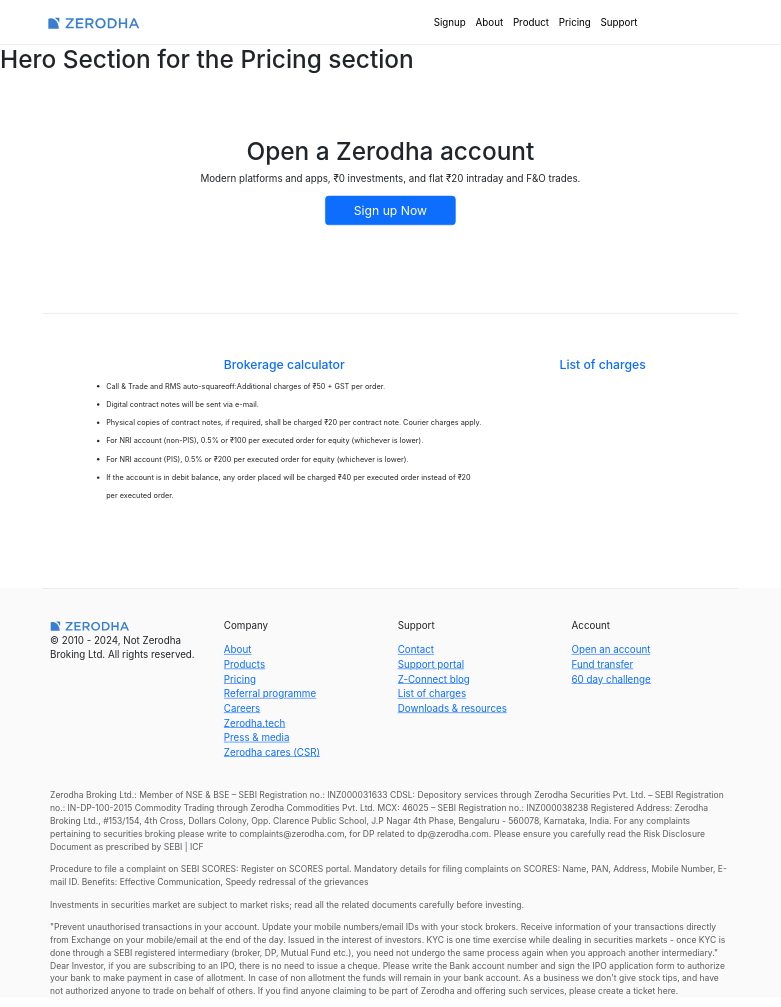
Repository: swarnabha-dutta/TradeVerse
Page: /pricing (app in frontend/)
An editor plug-in stored every save of this project. The page is shown before and after the next save, followed by the edit.
The browser window is 1280 px wide. The pictures show the whole page, at 61% of full size.
Some web libraries are served in a nearby version. The project was rebuilt for these pictures with package versions that can differ from the ones it lists, and the page was loaded fresh each time. Also part of the build but not shown: frontend/src/landing_page/home/Hero.jsx, frontend/src/landing_page/home/Awards.jsx, frontend/src/landing_page/home/Stats.jsx, frontend/src/landing_page/home/Pricing.jsx, frontend/src/landing_page/home/Education.jsx, frontend/src/landing_page/home/HomePage.jsx, frontend/src/landing_page/about/Team.jsx, frontend/src/landing_page/about/AboutPage.jsx and 10 more. Imported but missing from the stored project, and not drawn on this page: frontend/src/landing_page/about/Hero.

Above is the page before, as saved 2025-11-12 12:31:31.

After the next save:
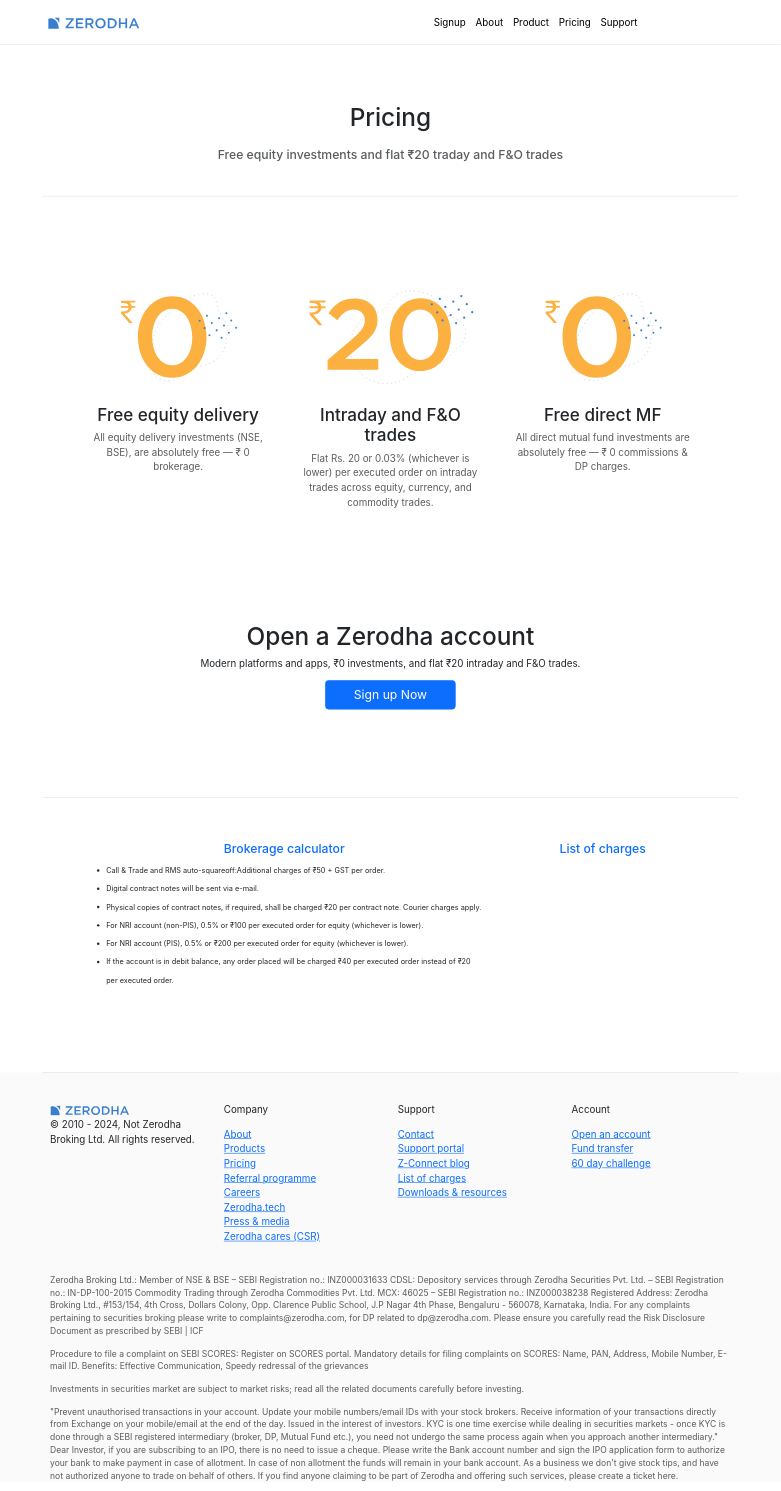
Saved 32 s later.
--- a/frontend/src/landing_page/pricing/Hero.jsx
+++ b/frontend/src/landing_page/pricing/Hero.jsx
@@ -1,9 +1,42 @@
 import React from 'react'
 
 const Hero = () => {
-    return (
-        <h1>Hero Section for the Pricing section</h1>
-    )
+     return (
+    <div className="container">
+      <div className="row p-5 mt-5 border-bottom text-center">
+        <h1>Pricing</h1>
+        <h3 className="text-muted mt-3 fs-5">
+          Free equity investments and flat ₹20 traday and F&O trades
+        </h3>
+      </div>
+      <div className="row p-5 mt-5 text-center">
+        <div className="col-4 p-4">
+          <img src="media/images/pricingEquity.svg" />
+          <h1 className="fs-3">Free equity delivery</h1>
+          <p className="text-muted">
+            All equity delivery investments (NSE, BSE), are absolutely free — ₹
+            0 brokerage.
+          </p>
+        </div>
+        <div className="col-4 p-4">
+          <img src="media/images/intradayTrades.svg" />
+          <h1 className="fs-3">Intraday and F&O trades</h1>
+          <p className="text-muted">
+            Flat Rs. 20 or 0.03% (whichever is lower) per executed order on
+            intraday trades across equity, currency, and commodity trades.
+          </p>
+        </div>
+        <div className="col-4 p-4">
+          <img src="media/images/pricingEquity.svg" />
+          <h1 className="fs-3">Free direct MF</h1>
+          <p className="text-muted">
+            All direct mutual fund investments are absolutely free — ₹ 0
+            commissions & DP charges.
+          </p>
+        </div>
+      </div>
+    </div>
+  );
 }
 
 export default Hero
